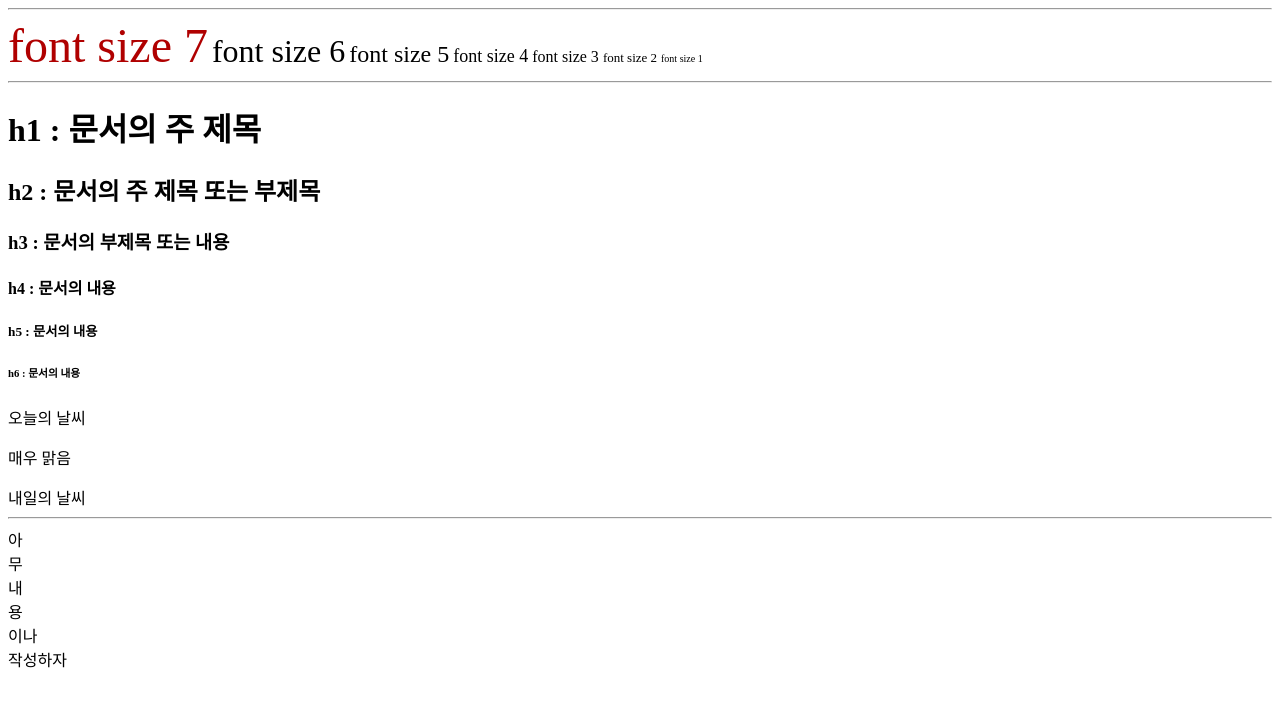
Repository: thswlsqls/JspWorkspace
Page: html/ex01.html
An editor plug-in stored every save of this project. The page is shown before and after the next save, followed by the edit.
The browser window is 1280 px wide. The pictures show the whole page.

Above is the page before, as saved 2021-04-09 08:04:58.

After the next save:
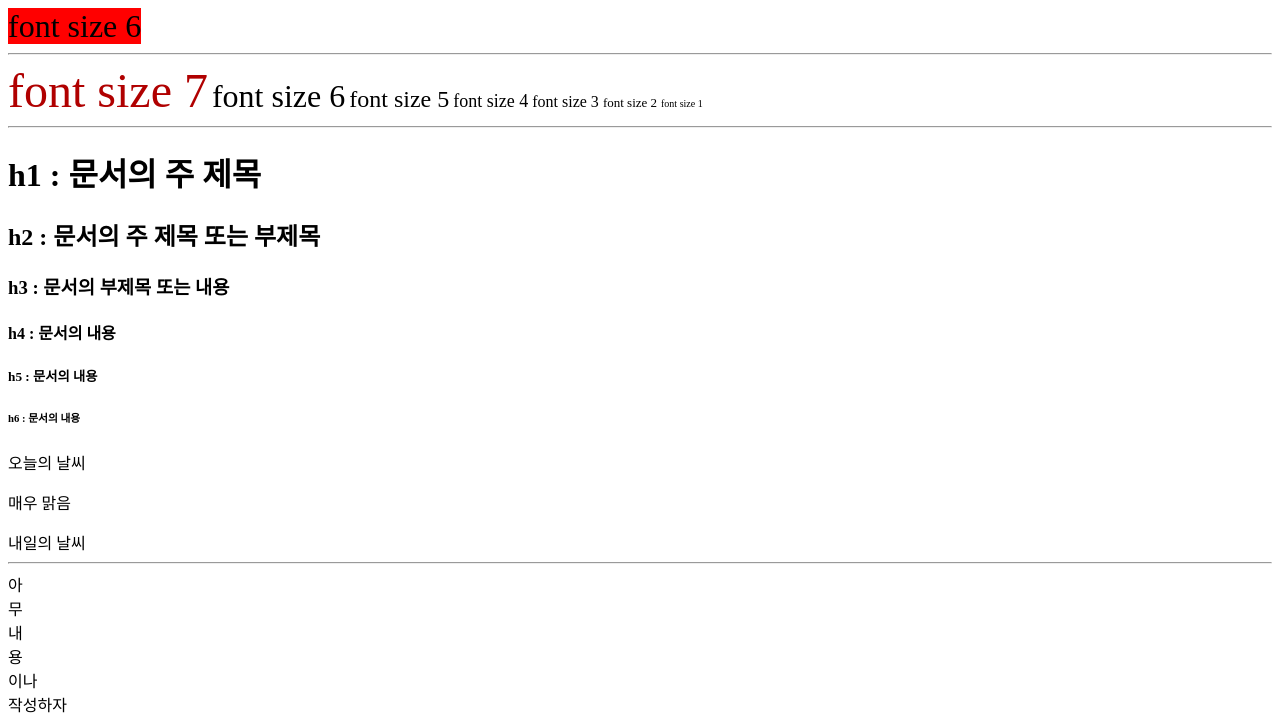
Saved 6 s later.
--- a/html/ex01.html
+++ b/html/ex01.html
@@ -8,7 +8,7 @@
 <body text="white" bgcolor="black">
  -->
 <body>
-	<font size="6" style="background-color:red"></font>
+	<font size="6" style="background-color:red">font size 6</font>
 <hr>
 	<font size="7" color="blut" face="궁서체">font size 7</font>
 	<font size="6">font size 6</font>
